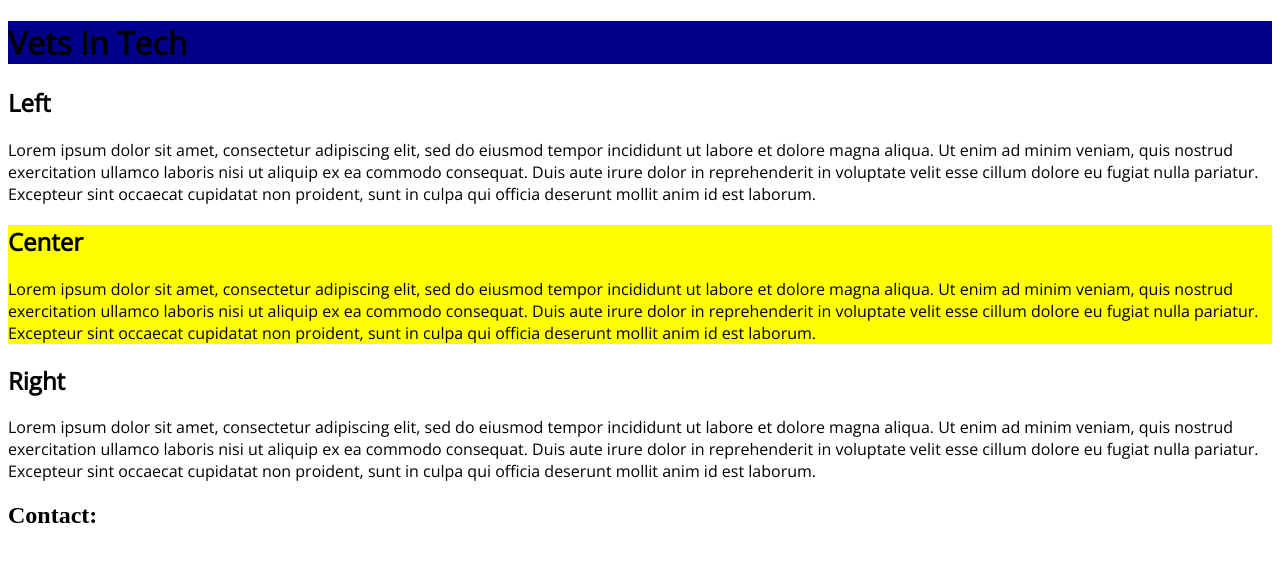
Repository: 3EyEdRav3n/10-2020-cohort-course
Page: week-1/Week-1 Assignment/index.html
These files come from the project's save history. The page is drawn as it stood at one moment and after the next save; the edit follows.
The browser window is 1280 px wide. The pictures show the whole page.

Above is the page before, as saved 2020-11-01 20:43:50.
Not found: images/lincoln.jpg

### week-1/Week-1 Assignment/index.html
<!DOCTYPE html>
<html lang="en">
  <head>
    <meta charset="UTF-8" />
    <meta name="viewport" content="width=device-width, initial-scale=1.0" />
    <link rel="stylesheet" href="./styles.css" />
    <link
      href="https://fonts.googleapis.com/css2?family=Open+Sans&display=swap"
      rel="stylesheet"
    />
    <link
      href="https://fonts.googleapis.com/css2?family=Open+Sans&family=Roboto+Slab:wght@500&display=swap"
      rel="stylesheet"
    />

    <title>VetTech</title>
  </head>
  <body>
    <div class="header">
      <h1>Vets In Tech</h1>
    </div>
    <div class="container">
      <div class="left-col">
        <h2>Left</h2>
        <p>
          Lorem ipsum dolor sit amet, consectetur adipiscing elit, sed do
          eiusmod tempor incididunt ut labore et dolore magna aliqua. Ut enim ad
          minim veniam, quis nostrud exercitation ullamco laboris nisi ut
          aliquip ex ea commodo consequat. Duis aute irure dolor in
          reprehenderit in voluptate velit esse cillum dolore eu fugiat nulla
          pariatur. Excepteur sint occaecat cupidatat non proident, sunt in
          culpa qui officia deserunt mollit anim id est laborum.
        </p>
      </div>
      <div class="center-col">
        <h2>Center</h2>
        <p>
          Lorem ipsum dolor sit amet, consectetur adipiscing elit, sed do
          eiusmod tempor incididunt ut labore et dolore magna aliqua. Ut enim ad
          minim veniam, quis nostrud exercitation ullamco laboris nisi ut
          aliquip ex ea commodo consequat. Duis aute irure dolor in
          reprehenderit in voluptate velit esse cillum dolore eu fugiat nulla
          pariatur. Excepteur sint occaecat cupidatat non proident, sunt in
          culpa qui officia deserunt mollit anim id est laborum.
        </p>
      </div>
      <div class="right-col">
        <h2>Right</h2>
        <p>
          Lorem ipsum dolor sit amet, consectetur adipiscing elit, sed do
          eiusmod tempor incididunt ut labore et dolore magna aliqua. Ut enim ad
          minim veniam, quis nostrud exercitation ullamco laboris nisi ut
          aliquip ex ea commodo consequat. Duis aute irure dolor in
          reprehenderit in voluptate velit esse cillum dolore eu fugiat nulla
          pariatur. Excepteur sint occaecat cupidatat non proident, sunt in
          culpa qui officia deserunt mollit anim id est laborum.
        </p>
      </div>
    </div>
    <div class="footer"></div>
    <h2>Contact:</h2>
  </body>
</html>

### week-1/Week-1 Assignment/styles.css

.header{
        font-family: 'Roboto Slab', serif;
        background-color: darkblue;
        tet-align: center;

}
.container{
        font-family: 'Open Sans', sans-serif;
}
.left-col{
        background-image: url("/images/lincoln.jpg");
}
.center-col{
background-color: yellow;
}
.footer{
        font-family: 'Roboto Slab', serif;
}


h1 {
        font-family: 'Open Sans', sans-serif;
}

After the next save:
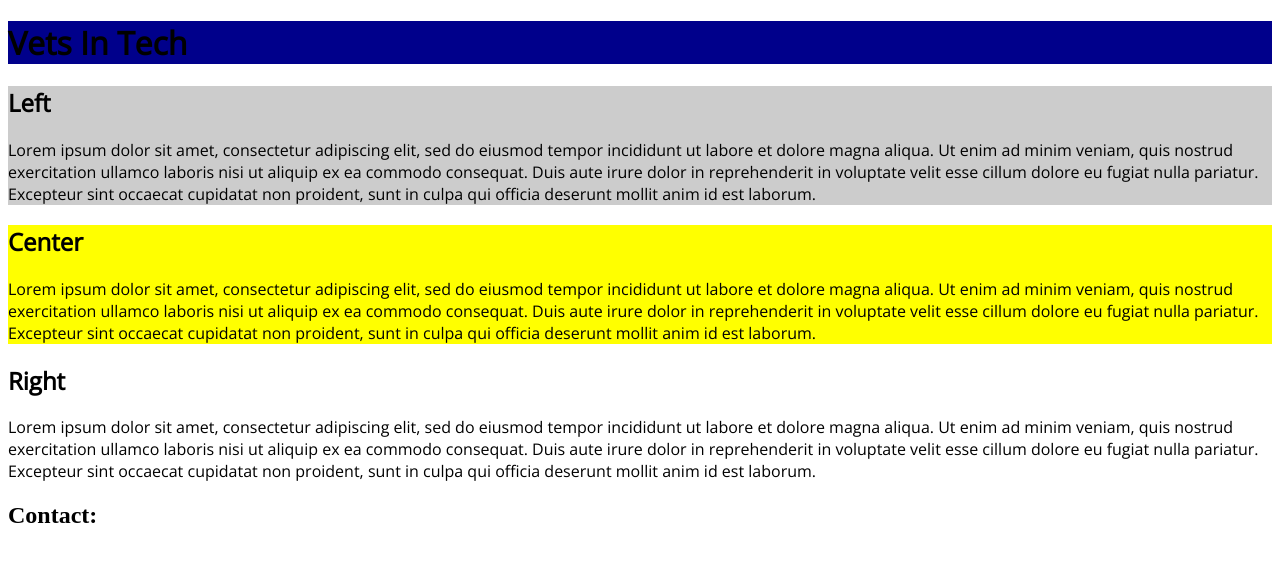
Saved 43 s later.
--- a/week-1/Week-1 Assignment/styles.css
+++ b/week-1/Week-1 Assignment/styles.css
@@ -10,6 +10,7 @@
 }
 .left-col{
         background-image: url("/images/lincoln.jpg");
+        background-color: #cccccc;
 }
 .center-col{
 background-color: yellow;
